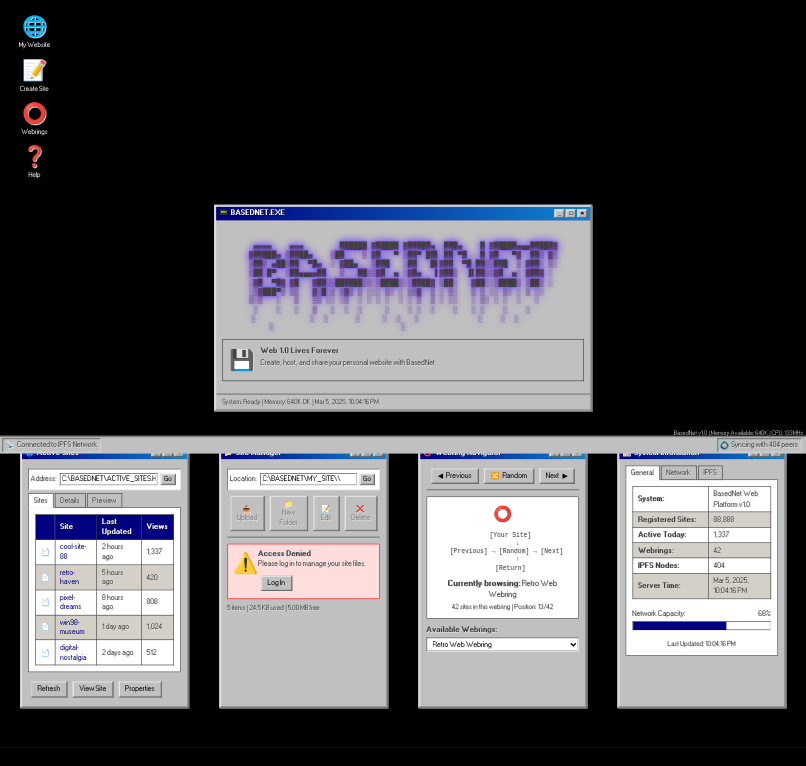
Repository: numbpill3d/basednet
Page: /
An editor plug-in stored every save of this project. The page is shown before and after the next save, followed by the edit.
The browser window is 1280 px wide. The pictures show the whole page, at 63% of full size.
The page's requests for data from a server got no answer. Backgrounds fixed to the window are drawn as part of the page. The project was rebuilt for these pictures with package versions that can differ from the ones it lists, and the page was loaded fresh each time. The framework's server and built-in components were replaced by stand-ins that run in the browser. No one was signed in, and anything a server would have sent is missing. Also part of the build but not shown: next.config.js.

Above is the page before, as saved 2025-04-18 17:07:22.

### src/app/layout.tsx
import type { Metadata } from 'next'
import React from 'react'
import { Inter, Roboto_Mono } from 'next/font/google'
import './globals.css'
import './win98.css'
import Providers from '@/components/Providers'

const inter = Inter({
  subsets: ['latin'],
  display: 'swap',
  variable: '--font-inter',
})

const robotoMono = Roboto_Mono({
  subsets: ['latin'],
  display: 'swap',
  variable: '--font-roboto-mono',
})

export const metadata: Metadata = {
  title: 'Basednet - The Next-Gen Indie Web Platform',
  description: 'Create, customize, and host your personal website with P2P hosting, webrings, and AI-powered discovery on Basednet.',
  keywords: ['indie web', 'personal website', 'webring', 'P2P hosting', 'IPFS', 'web3'],
}

export default function RootLayout({
  children,
}: {
  children: React.ReactNode
}) {
  return (
    <html lang="en" className={`${inter.variable} ${robotoMono.variable}`}>
      <body className="win98-desktop">
        <Providers>
          {children}
        </Providers>
      </body>
    </html>
  )
}

### src/app/globals.css
@tailwind base;
@tailwind components;
@tailwind utilities;

/* Additional Global Styles */
.win98-desktop {
  min-height: 100vh;
  padding-bottom: 30px; /* Space for status bar */
  background-color: var(--win98-gray);
  background-image: linear-gradient(
    45deg,
    var(--retrowave-purple) 0%,
    transparent 20%,
    transparent 80%,
    var(--retrowave-pink) 100%
  );
  background-attachment: fixed;
}

/* Custom scrollbar for desktop */
.win98-desktop::-webkit-scrollbar {
  width: 16px;
  height: 16px;
}

.win98-desktop::-webkit-scrollbar-track {
  background: var(--win98-gray);
  border: 2px solid;
  border-color: var(--win98-darker) var(--win98-light) var(--win98-light) var(--win98-darker);
}

.win98-desktop::-webkit-scrollbar-thumb {
  background: var(--win98-gray);
  border: 2px solid;
  border-color: var(--win98-light) var(--win98-darker) var(--win98-darker) var(--win98-light);
}

/* Ensure windows are draggable-looking */
.window {
  cursor: default;
  -webkit-user-select: none;
  -moz-user-select: none;
  -ms-user-select: none;
  user-select: none;
}

.window-title {
  cursor: move;
}

/* ASCII art optimization */
.ascii-art {
  font-family: 'Courier New', monospace;
  font-size: 12px;
  line-height: 1;
  white-space: pre;
  text-align: center;
  color: var(--win98-darker);
}

/* Retrowave effects */
.retrowave-glow {
  animation: neon 1.5s ease-in-out infinite alternate;
}

@keyframes neon {
  from {
    text-shadow:
      0 0 5px var(--retrowave-pink),
      0 0 10px var(--retrowave-blue),
      0 0 15px var(--retrowave-purple);
  }
  to {
    text-shadow:
      0 0 2px var(--retrowave-pink),
      0 0 5px var(--retrowave-blue),
      0 0 7px var(--retrowave-purple);
  }
}

/* Start menu animation */
@keyframes slideUp {
  from {
    transform: translateY(100%);
    opacity: 0;
  }
  to {
    transform: translateY(0);
    opacity: 1;
  }
}

.start-menu {
  animation: slideUp 0.2s ease-out;
}

/* Window focus effect */
.window:focus-within {
  z-index: 100;
  box-shadow:
    2px 2px 0 rgba(0,0,0,0.1),
    0 0 10px var(--retrowave-purple);
}

/* Loading animation enhancement */
.loading-98 {
  box-shadow: 0 0 5px var(--retrowave-blue);
}

/* Make buttons more interactive */
.btn-98:hover {
  background: linear-gradient(
    to bottom,
    var(--win98-light),
    var(--win98-gray)
  );
}

.btn-98:active {
  background: var(--win98-dark);
  color: var(--win98-light);
}

/* Table enhancements */
table tr:hover {
  background: var(--win98-blue);
  color: white;
}

table tr:hover a {
  color: white;
}

/* Status bar enhancements */
.status-bar-98 {
  background: linear-gradient(
    to right,
    var(--win98-gray),
    var(--win98-light)
  );
  border-top: 2px solid var(--win98-darker);
  height: 28px;
  padding: 4px 8px;
  font-size: 12px;
}

### src/components/Providers.tsx
'use client';

import React from 'react';
import { SessionProvider } from 'next-auth/react';
import { AuthProvider } from '@/contexts/AuthContext';

export default function Providers({ children }: { children: React.ReactNode }) {
  return (
    <SessionProvider>
      <AuthProvider>
        {children}
      </AuthProvider>
    </SessionProvider>
  );
}

### src/contexts/AuthContext.tsx
'use client';

import React, { createContext, useContext, useState, useEffect, ReactNode } from 'react';
import { useSession, signIn, signOut } from 'next-auth/react';
import { api } from '@/lib/api';

// Define types for our context
interface User {
  id: number;
  username: string;
  email?: string;
  created_at: string;
  updated_at: string;
}

interface Profile {
  id: number;
  user_id: number;
  display_name?: string;
  bio?: string;
  avatar_url?: string;
  theme_preferences?: Record<string, any>;
  custom_css?: string;
  custom_html?: string;
  social_links?: Record<string, string>;
  created_at: string;
  updated_at: string;
}

interface AuthContextType {
  user: User | null;
  profile: Profile | null;
  isLoading: boolean;
  isAuthenticated: boolean;
  error: string | null;
  login: () => Promise<void>;
  logout: () => Promise<void>;
  refreshUserData: () => Promise<void>;
}

// Create the context
const AuthContext = createContext<AuthContextType | undefined>(undefined);

// Provider component
export function AuthProvider({ children }: { children: ReactNode }) {
  const { data: session, status } = useSession();
  const [user, setUser] = useState<User | null>(null);
  const [profile, setProfile] = useState<Profile | null>(null);
  const [isLoading, setIsLoading] = useState<boolean>(true);
  const [error, setError] = useState<string | null>(null);

  // Function to fetch user data
  const fetchUserData = async () => {
    if (!session?.user) {
      setUser(null);
      setProfile(null);
      setIsLoading(false);
      return;
    }

    try {
      setIsLoading(true);
      setError(null);

      // Fetch user data
      const userResponse = await api.user.getCurrentUser();
      if (userResponse.error) {
        throw new Error(userResponse.error);
      }
      setUser(userResponse.data?.user || null);

      // Fetch profile data
      const profileResponse = await api.profile.getProfile();
      if (profileResponse.error) {
        throw new Error(profileResponse.error);
      }
      setProfile(profileResponse.data?.profile || null);
    } catch (err) {
      console.error('Error fetching user data:', err);
      setError((err as Error).message);
    } finally {
      setIsLoading(false);
    }
  };

  // Fetch user data when session changes
  useEffect(() => {
    if (status === 'loading') {
      return;
    }

    fetchUserData();
  }, [session, status]);

  // Login function
  const login = async () => {
    try {
      await signIn('indieauth', { callbackUrl: '/' });
    } catch (err) {
      console.error('Login error:', err);
      setError((err as Error).message);
    }
  };

  // Logout function
  const logout = async () => {
    try {
      await signOut({ callbackUrl: '/' });
      setUser(null);
      setProfile(null);
    } catch (err) {
      console.error('Logout error:', err);
      setError((err as Error).message);
    }
  };

  // Function to manually refresh user data
  const refreshUserData = async () => {
    await fetchUserData();
  };

  // Context value
  const value = {
    user,
    profile,
    isLoading,
    isAuthenticated: !!user,
    error,
    login,
    logout,
    refreshUserData,
  };

  return <AuthContext.Provider value={value}>{children}</AuthContext.Provider>;
}

// Custom hook to use the auth context
export function useAuth() {
  const context = useContext(AuthContext);
  if (context === undefined) {
    throw new Error('useAuth must be used within an AuthProvider');
  }
  return context;
}

### src/lib/api.ts
/**
 * API client utility for making requests to the backend
 */

// Define types for API responses
export interface ApiResponse<T> {
  data?: T;
  error?: string;
}

// Define types for pagination
export interface PaginationParams {
  limit?: number;
  offset?: number;
}

// Define error class for API errors
export class ApiError extends Error {
  status: number;

  constructor(message: string, status: number) {
    super(message);
    this.status = status;
    this.name = 'ApiError';
  }
}

/**
 * Base fetch function with error handling
 */
async function fetchApi<T>(
  url: string,
  options: RequestInit = {}
): Promise<ApiResponse<T>> {
  try {
    const response = await fetch(url, {
      ...options,
      headers: {
        'Content-Type': 'application/json',
        ...options.headers,
      },
    });

    const data = await response.json();

    if (!response.ok) {
      throw new ApiError(data.error || 'An error occurred', response.status);
    }

    return { data: data as T };
  } catch (error) {
    if (error instanceof ApiError) {
      return { error: error.message };
    }
    return { error: (error as Error).message };
  }
}

/**
 * API client for user-related endpoints
 */
export const userApi = {
  /**
   * Get the current logged-in user
   */
  getCurrentUser: async () => {
    return fetchApi<{ user: any }>('/api/users?me=true');
  },

  /**
   * Get a user by username
   */
  getUserByUsername: async (username: string) => {
    return fetchApi<{ user: any; profile: any }>(`/api/users/${username}`);
  },

  /**
   * Update the current user
   */
  updateUser: async (data: { username?: string; email?: string }) => {
    return fetchApi<{ user: any }>('/api/users', {
      method: 'PUT',
      body: JSON.stringify(data),
    });
  },

  /**
   * List users with pagination
   */
  listUsers: async ({ limit = 10, offset = 0 }: PaginationParams = {}) => {
    return fetchApi<{ users: any[] }>(
      `/api/users?limit=${limit}&offset=${offset}`
    );
  },
};

/**
 * API client for profile-related endpoints
 */
export const profileApi = {
  /**
   * Get the current user's profile
   */
  getProfile: async () => {
    return fetchApi<{ profile: any }>('/api/profile');
  },

  /**
   * Update the current user's profile
   */
  updateProfile: async (data: {
    display_name?: string;
    bio?: string;
    avatar_url?: string;
    theme_preferences?: Record<string, any>;
    custom_css?: string;
    custom_html?: string;
    social_links?: Record<string, string>;
  }) => {
    return fetchApi<{ profile: any }>('/api/profile', {
      method: 'PUT',
      body: JSON.stringify(data),
    });
  },
};

/**
 * API client for IPFS content-related endpoints
 */
export const ipfsApi = {
  /**
   * Get IPFS content for the current user
   */
  getContent: async ({ limit = 10, offset = 0 }: PaginationParams = {}) => {
    return fetchApi<{ content: any[]; stats: any }>(
      `/api/ipfs?limit=${limit}&offset=${offset}`
    );
  },

  /**
   * Get a specific IPFS content item by CID
   */
  getContentByCid: async (cid: string) => {
    return fetchApi<{ content: any }>(`/api/ipfs/${cid}`);
  },

  /**
   * Create a new IPFS content item
   */
  createContent: async (data: {
    cid: string;
    contentType?: string;
    filename?: string;
    size?: number;
  }) => {
    return fetchApi<{ content: any }>('/api/ipfs', {
      method: 'POST',
      body: JSON.stringify(data),
    });
  },

  /**
   * Update pin status for an IPFS content item
   */
  updatePinStatus: async (cid: string, pinned: boolean) => {
    return fetchApi<{ content: any }>(`/api/ipfs/${cid}`, {
      method: 'PATCH',
      body: JSON.stringify({ pinned }),
    });
  },

  /**
   * Delete an IPFS content item
   */
  deleteContent: async (cid: string) => {
    return fetchApi<{ success: boolean }>(`/api/ipfs/${cid}`, {
      method: 'DELETE',
    });
  },
};

// Export a combined API object
export const api = {
  user: userApi,
  profile: profileApi,
  ipfs: ipfsApi,
};

export default api;

### tailwind.config.ts
import type { Config } from 'tailwindcss'

const config: Config = {
  content: [
    './src/pages/**/*.{js,ts,jsx,tsx,mdx}',
    './src/components/**/*.{js,ts,jsx,tsx,mdx}',
    './src/app/**/*.{js,ts,jsx,tsx,mdx}',
  ],
  theme: {
    extend: {
      colors: {
        primary: {
          50: '#f0f9ff',
          100: '#e0f2fe',
          200: '#bae6fd',
          300: '#7dd3fc',
          400: '#38bdf8',
          500: '#0ea5e9',
          600: '#0284c7',
          700: '#0369a1',
          800: '#075985',
          900: '#0c4a6e',
        },
        secondary: {
          50: '#fdf4ff',
          100: '#fae8ff',
          200: '#f5d0fe',
          300: '#f0abfc',
          400: '#e879f9',
          500: '#d946ef',
          600: '#c026d3',
          700: '#a21caf',
          800: '#86198f',
          900: '#701a75',
        },
      },
      fontFamily: {
        sans: ['var(--font-inter)'],
        mono: ['var(--font-roboto-mono)'],
      },
      animation: {
        'gradient-x': 'gradient-x 15s ease infinite',
        'gradient-y': 'gradient-y 15s ease infinite',
        'gradient-xy': 'gradient-xy 15s ease infinite',
      },
      keyframes: {
        'gradient-y': {
          '0%, 100%': {
            'background-size': '400% 400%',
            'background-position': 'center top'
          },
          '50%': {
            'background-size': '200% 200%',
            'background-position': 'center center'
          }
        },
        'gradient-x': {
          '0%, 100%': {
            'background-size': '200% 200%',
            'background-position': 'left center'
          },
          '50%': {
            'background-size': '200% 200%',
            'background-position': 'right center'
          }
        },
        'gradient-xy': {
          '0%, 100%': {
            'background-size': '400% 400%',
            'background-position': 'left center'
          },
          '50%': {
            'background-size': '200% 200%',
            'background-position': 'right center'
          }
        }
      }
    },
  },
  plugins: [],
}

export default config

### src/app/nekoweb.css
/* Nekoweb Style */

:root {
  --nekoweb-background: #f8f0e3;
  --nekoweb-text: #333;
  --nekoweb-accent: #e6b8af;
  --nekoweb-button-bg: #e6b8af;
  --nekoweb-button-hover: #e0a89a;
  --nekoweb-border: #ddd;
}

body {
  background-color: var(--nekoweb-background);
  font-family: sans-serif;
  color: var(--nekoweb-text);
  line-height: 1.6;
}

.nekoweb-button {
  background-color: var(--nekoweb-button-bg);
  color: var(--nekoweb-text);
  border: 1px solid var(--nekoweb-border);
  padding: 10px 20px;
  border-radius: 5px;
  cursor: pointer;
  text-decoration: none;
  transition: background-color 0.3s ease;
}

.nekoweb-button:hover {
  background-color: var(--nekoweb-button-hover);
}

.nekoweb-container {
  max-width: 800px;
  margin: 20px auto;
  padding: 20px;
  border: 1px solid var(--nekoweb-border);
  border-radius: 5px;
  background-color: white;
}

.nekoweb-section {
  margin-bottom: 20px;
}

.nekoweb-section h2 {
  margin-top: 0;
}

.nekoweb-section p {
  margin-bottom: 10px;
}

.nekoweb-grid {
  display: grid;
  grid-template-columns: repeat(auto-fit, minmax(250px, 1fr));
  gap: 20px;
}

.nekoweb-grid-item {
  border: 1px solid var(--nekoweb-border);
  padding: 10px;
  border-radius: 5px;
}

Loaded but not shown: src/app/win98.css (939 lines, source omitted); src/app/page.tsx (451 lines, source omitted)

After the next save:
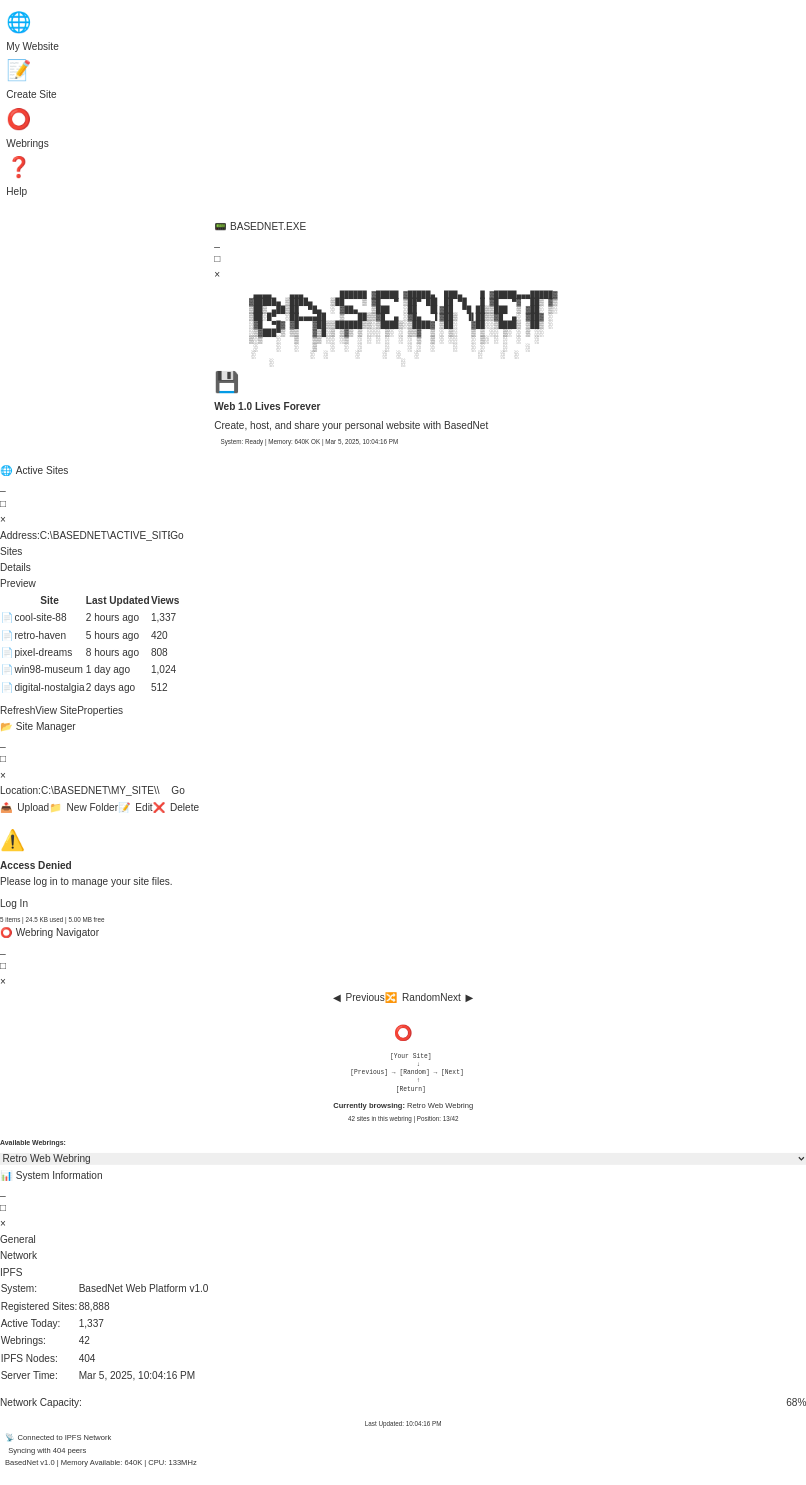
Saved 16 s later.
--- a/src/app/layout.tsx
+++ b/src/app/layout.tsx
@@ -2,7 +2,7 @@ import type { Metadata } from 'next'
 import React from 'react'
 import { Inter, Roboto_Mono } from 'next/font/google'
 import './globals.css'
-import './win98.css'
+import './nekoweb.css'
 import Providers from '@/components/Providers'
 
 const inter = Inter({
